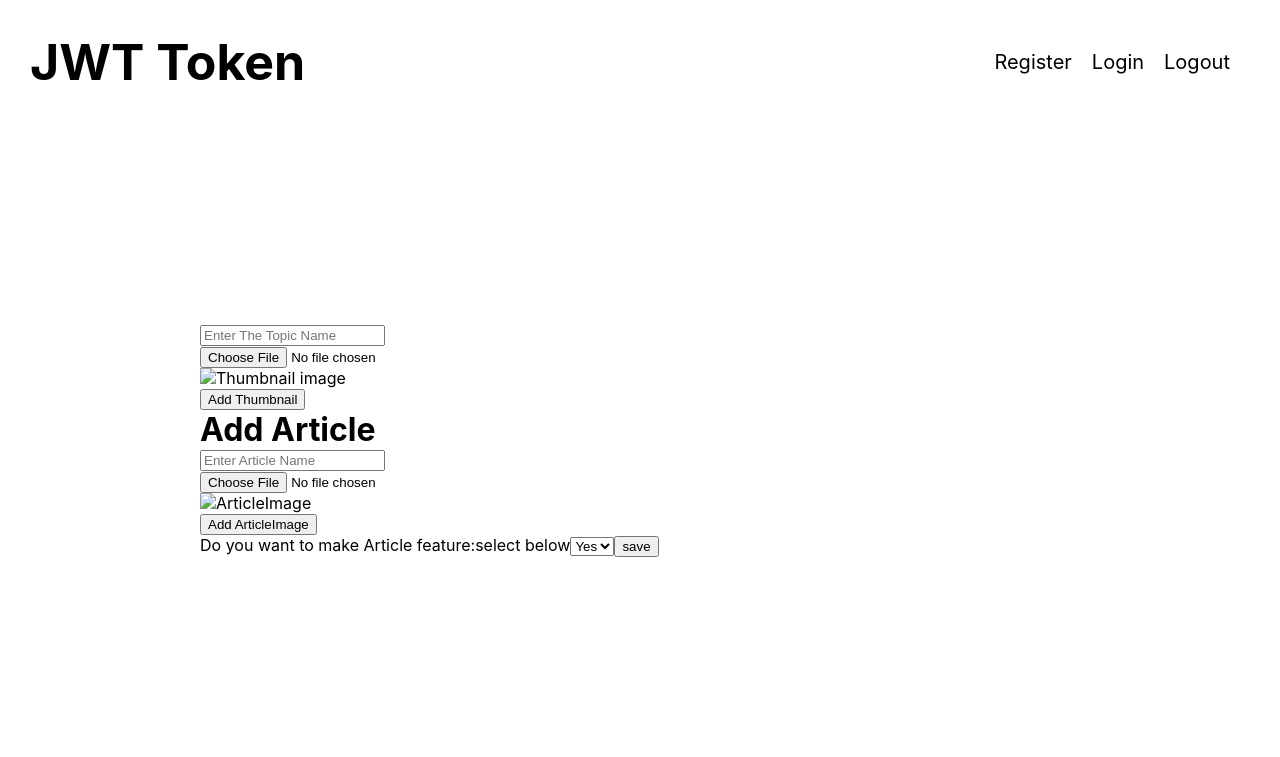
Repository: Prafullkuma/jwttoken
Page: /admin
An editor plug-in stored every save of this project. The page is shown before and after the next save, followed by the edit.
The browser window is 1280 px wide. The pictures show the whole page.
The project was rebuilt for these pictures with package versions that can differ from the ones it lists, and the page was loaded fresh each time. Also part of the build but not shown: src/App.css, src/component/Auth/Signup.js, src/component/Auth/Signin.js, src/component/User/User.js, src/component/Home/Home.js, src/component/Auth/Logout.js.

Above is the page before, as saved 2020-08-22 21:46:40.

After the next save:
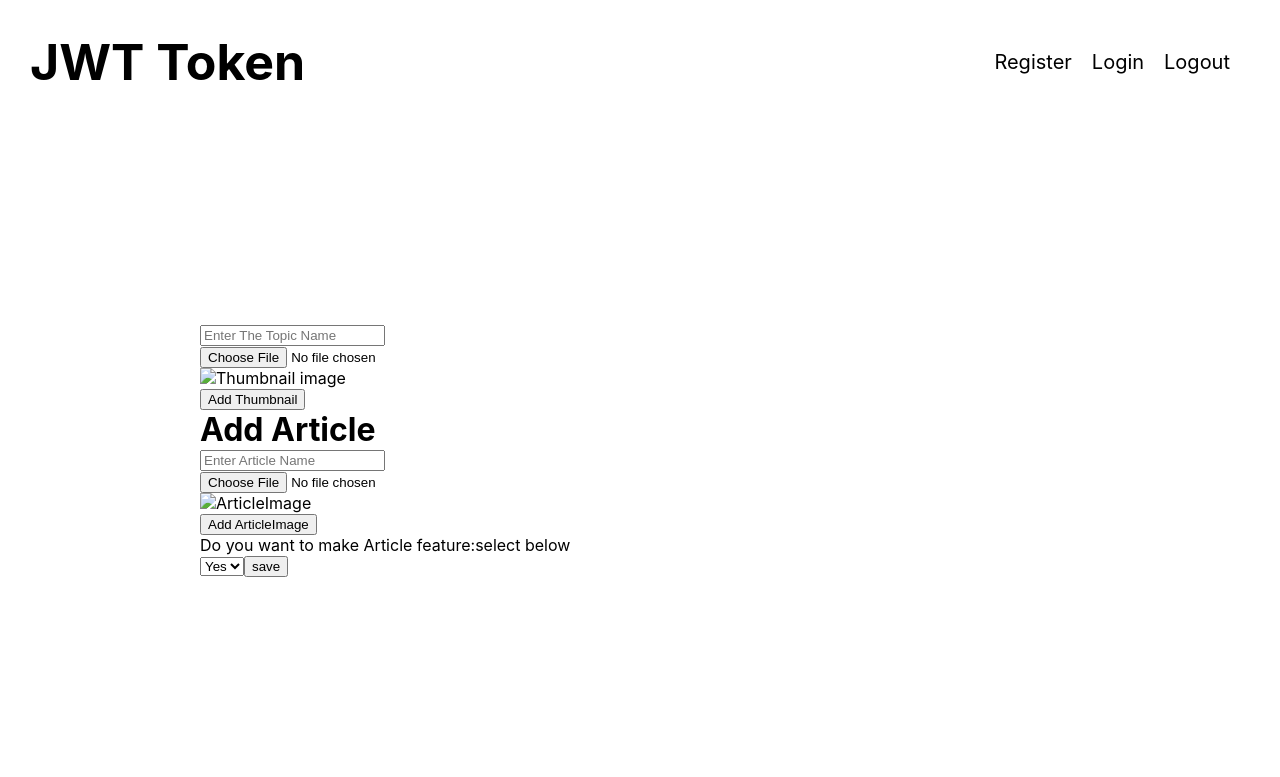
Saved 8 s later.
--- a/src/component/Admin/Dashboard.js
+++ b/src/component/Admin/Dashboard.js
@@ -43,7 +43,7 @@ function Dashboard() {
                     onChange={e => setArticleImage(e.target.value)} /><br />
                 <img src="" alt="ArticleImage" /><br />
                 <button onClick={addArticleImage}> Add ArticleImage</button><br />
-                <span>Do you want to make Article feature:select below</span>
+                <span>Do you want to make Article feature:select below</span><br />
                 <select value={feature} onChange={e => setFeature(e.target.value)}>
                     <option selected value={true}>Yes</option>
                     <option value={false}>No</option>
